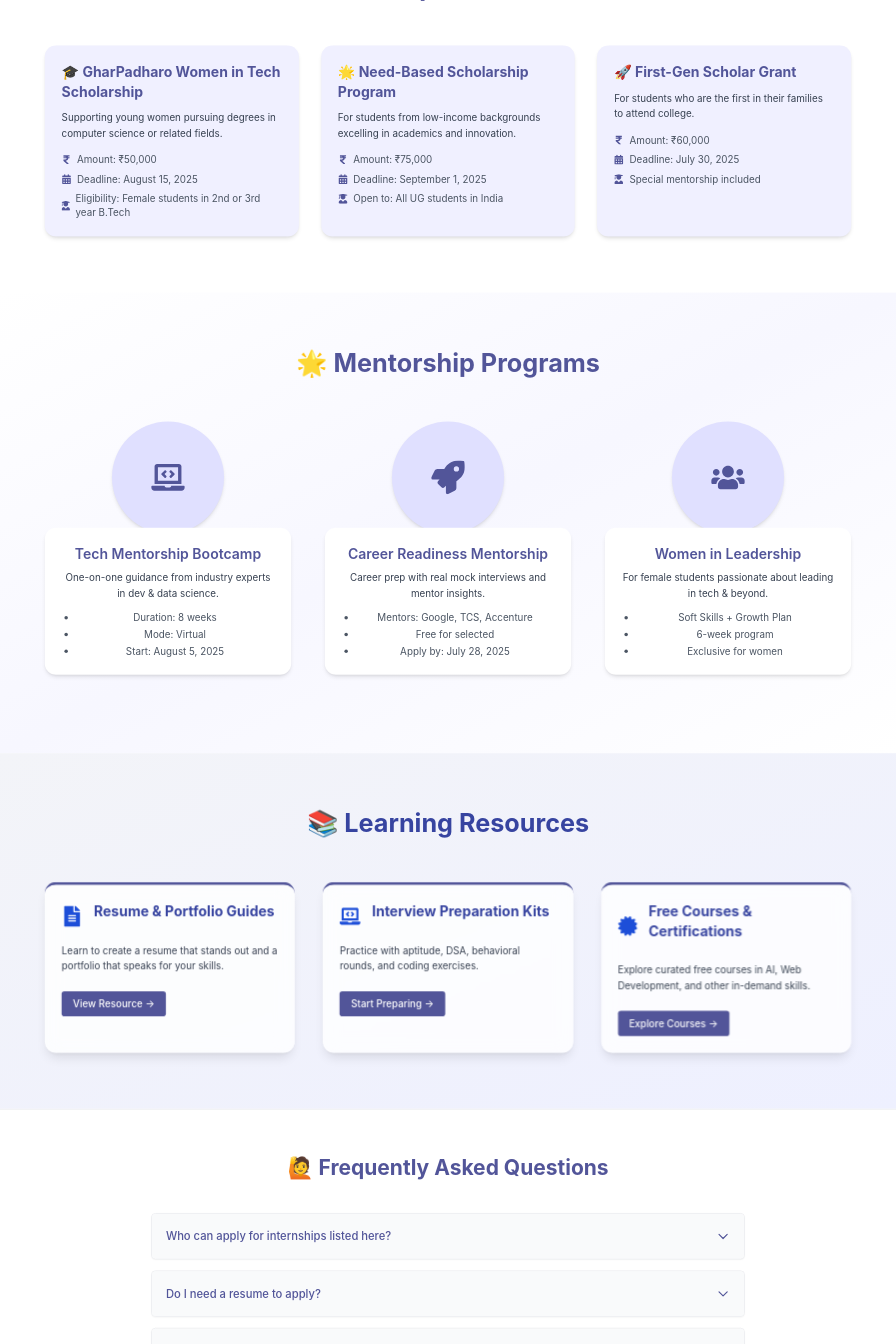
Repository: Siddharthkothiyal/GharPadhaaroCareerWebsite
Page: /#/students
The author's editor kept a copy of each file at every save. The page is drawn from the files as they stood at one save, then again after the next save.
The browser window is 1280 px wide. The pictures show the part of the page from y = 4580 to 6500 px (the page is 6771 px tall), at 70% of full size.
The project was rebuilt for these pictures with package versions that can differ from the ones it lists, and the page was loaded fresh each time. Also part of the build but not shown: src/components/CareerPortal/JobListing/JobListings.css, src/components/CareerPortal/JobListing/JobListings.js, src/components/CareerPortal/Header.css, src/components/CareerPortal/ResumeUpload.css, src/components/CareerPortal/ResumeUpload.js, src/components/CareerPortal/Header.js, src/components/CareerPortal/JobListing/JobSearch.css, src/components/CareerPortal/JobListing/JobSearch.js and 10 more.

Above is the page before, as saved 2025-06-22 08:02:42.

After the next save:
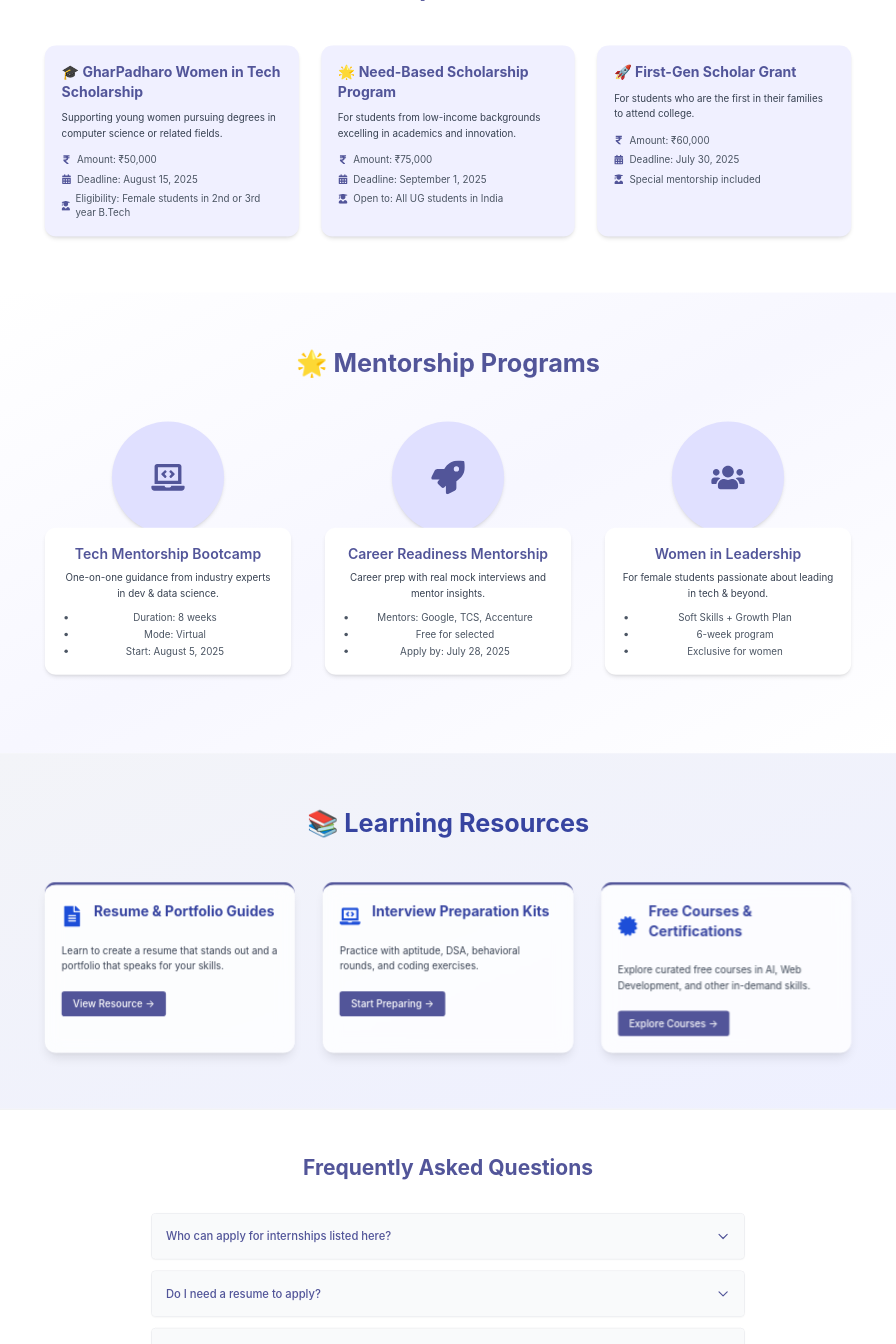
Saved 40 s later.
--- a/src/components/CareerPortal/StudentsPage/sections/FAQs.js
+++ b/src/components/CareerPortal/StudentsPage/sections/FAQs.js
@@ -39,7 +39,7 @@ const FAQs = () => {
     <section className="py-16 bg-white border-t border-gray-200">
       <div className="max-w-4xl mx-auto px-4 sm:px-6">
         <h2 className="text-3xl font-bold text-center text-[#525599] mb-12">
-          🙋 Frequently Asked Questions
+           Frequently Asked Questions
         </h2>
 
         <div className="space-y-4">
